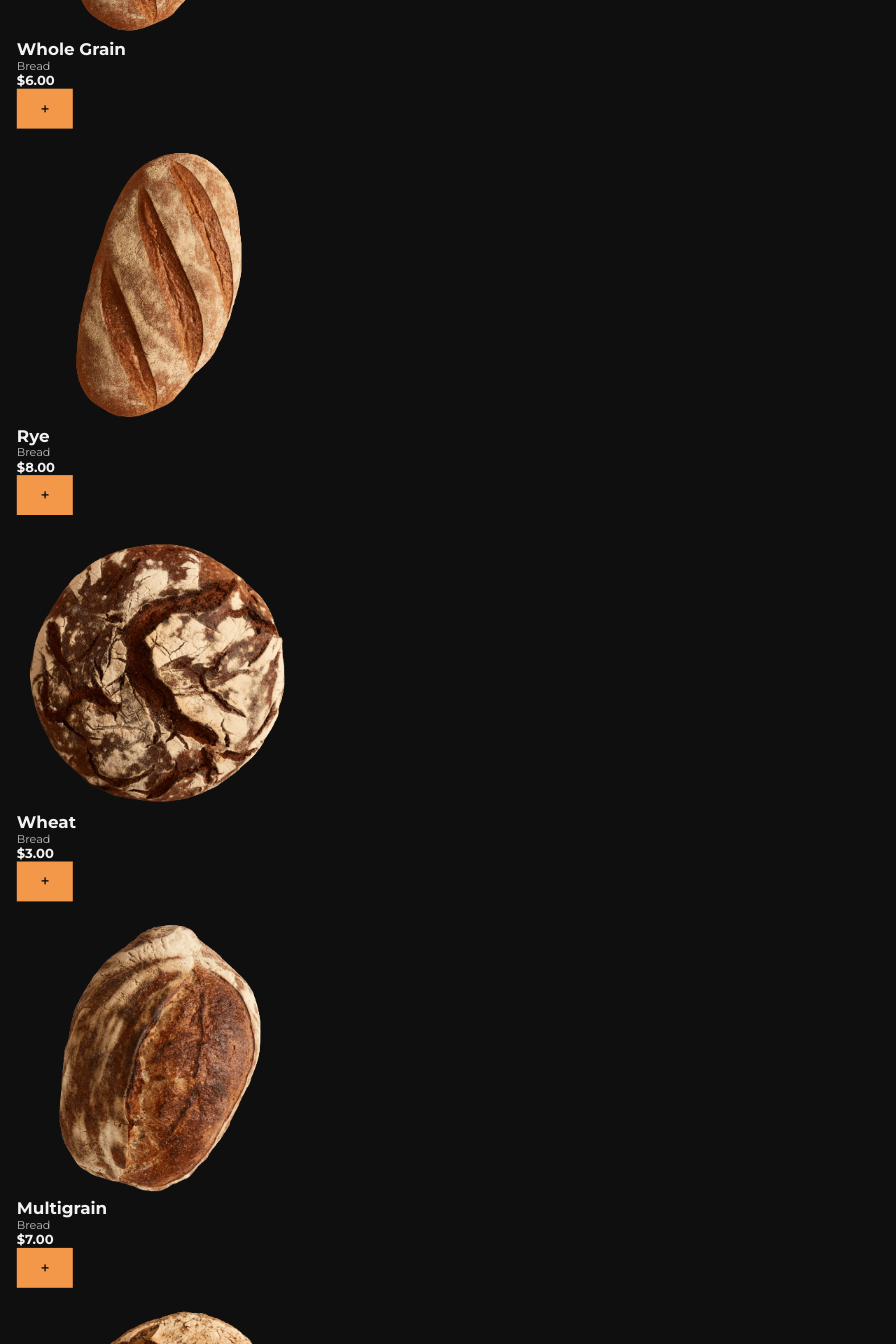
Repository: dinhhaidh/Bakery-web
Page: index.html
The author's editor kept a copy of each file at every save. The page is drawn from the files as they stood at one save, then again after a run of saves.
The browser window is 1280 px wide. The pictures show the part of the page from y = 3124 to 5044 px (the page is 6038 px tall), at 70% of full size.
Some web libraries are served in a nearby version.

Above is the page before, as saved 2024-01-16 10:54:51.

### index.html
<!DOCTYPE html>
<html lang="en">
  <head>
    <meta charset="UTF-8" />
    <meta name="viewport" content="width=device-width, initial-scale=1.0" />

    <!--=============== FAVICON ===============-->
    <link rel="shortcut icon" href="assets/img/favicon.png" type="image/x-icon"/>
    <!--=============== REMIXICONS ===============-->
    <link rel="stylesheet"  href="https://cdnjs.cloudflare.com/ajax/libs/remixicon/3.7.0/remixicon.css"/>
    <!--=============== CSS ===============-->
    <link rel="stylesheet" href="./css/style.css"/>

    <title>Responsive bakery website - Bedimcode</title>
  </head>
  <body>
    <!--==================== HEADER ====================-->
    <header class="header" id="header">
        <nav class="nav container">
            <a href="#" class="nav__logo">Bakery</a>
            <div class="nav__menu" id="nav-menu">
                <ul class="nav__list">
                    <li class="nav__item">
                        <a href="#home" class="nav__link">Home</a>
                    </li>
                    <li class="nav__item">
                        <a href="#new" class="nav__link">News</a>
                    </li>
                    <li class="nav__item">
                        <a href="#about" class="nav__link">About Us</a>
                    </li>
                    <li class="nav__item">
                        <a href="#favorite" class="nav__link">Favorites</a>
                    </li>
                    <li class="nav__item">
                        <a href="#visit" class="nav__link">Location</a>
                    </li>
                </ul>
                <div class="nav__close" id="nav-close">
                    <i class="ri-close-line"></i>
                </div>

                <img src="./img/bread-4.png" alt="image" class="nav__img-1">
                <img src="./img/bread-1.png" alt="image" class="nav__img-2">
            </div>

            <!-- toggle button -->
            <div class="nav__toggle" id="nav-toggle">
                <i class="ri-menu-line"></i>
            </div>
        </nav>
    </header>

    <!--==================== MAIN ====================-->
    <main class="main">
      <!--==================== HOME ====================-->
      <section class="home section" id="home">
        <img src="./img/home-bg.jpg" alt="image" class="home__bg">
        <div class="home__shadow"></div>
        <div class="home__container container grid">
            <div class="home__data">
                <h1 class="home__title">
                    Select The Best.<br> Quality Breads
                </h1>
                <a href="#" class="button">Select breads</a>

                <img src="./img/bread-1.png" alt="image" class="home__bread">
            </div>
            <div class="home__image">
                <img src="./img/home-bread.png" alt="image" class="home__img">
            </div>
            <footer class="home__footer">
                <div class="home__location">
                    <i class="ri-map-pin-line"></i>
                    <span>Av. The Sun #321 <br> Lima Peru</span>
                </div>
                <div class="home__social">
                    <a href="https://www.facebook.com/" target="_blank">

                        <i class="ri-facebook-circle-line"></i>
                    </a>
                    <a href="https://www.instagram.com/
                    " target="_blank">
                        <i class="ri-instagram-line"></i>
                    </a>
                    <a href="https://www.youtube.com/" target="_blank">
                        <i class="ri-youtube-line"></i>
                    </a>
                </div>
            </footer>
        </div>
      </section>

      <!--==================== NEWS ====================-->
      <section class="new section" id="new">
        <h2 class="section__title">New breads</h2>

        <div class="new__container container grid">
            <div class="new__content grid">
                <article class="new__card">
                    <div class="new__data">
                        <h2 class="new__title">Rye Bread</h2>
                        <p class="new__description">
                            Baked width healthy, gluten-free
                            sourdough for good nutrition.
                        </p>
                    </div>
                    <img src="./img/new-bread-1.png" alt="image" class="new__img">
                </article>
                <article class="new__card">
                    <div class="new__data">
                        <h2 class="new__title">Whole grain bread</h2>
                        <p class="new__description">
                            Crispy and homemade prepared
                            form organic yeast-free flour
                        </p>
                    </div>
                    <img src="./img/new-bread-2.png"  alt="image" class="new__img">
                </article>
                <article class="new__card">
                    <div class="new__data">
                        <h2 class="new__title">Multigrain Bread</h2>
                        <p class="new__description">
                            Tasty and made with different
                            natural grains form the countryside
                        </p>
                    </div>
                    <img src="./img/new-bread-3.png"  alt="image" class="new__img">
                </article>
            </div>
            <a href="#" class="new__button button">See More Breads</a>
        </div>
      </section>

      <!--==================== ABOUT ====================-->
      <section class="about section" id="about">
        <div class="about__container container grid">
            <div class="about__data">
                <div class="section__title">About Us</div>

                <p class="about__description">
                    Lorem ipsum, dolor sit amet consectetur adipisicing elit. Fugit quae quisquam quia animi commodi! Nesciunt aperiam deserunt ex sint, ratione alias quos beatae atque numquam natus libero eveniet explicabo molestias!
                </p>
                <a href="#" class="button">Know More</a>
                <img src="./img/bread-2.png" alt="image" class="about__bread">
            </div>
            <img src="./img/about-bread.png" alt="" class="about__img">
        </div>
      </section>

      <!--==================== FAVORITES ====================-->
      <section class="favorite section" id="favorite">
        <h2 class="section__title">Customer favorites</h2>
        <div class="favorite__container container grid">
            <article class="article__card">
                <img src="./img/favorite-bread-1.png" alt="image" class="favorite__img">
                <div class="favorite__data">
                    <h2 class="favorite__title">Whole Grain</h2>
                    <span class="favorite__subtitle">Bread</span>
                    <h3 class="favorite__price">$6.00</h3>
                </div>
                <button class="favorite__button button">
                    <i class="ri-add-line"></i>
                </button>
            </article>
            <article class="article__card">
                <img src="./img/favorite-bread-1.png" alt="image" class="favorite__img">
                <div class="favorite__data">
                    <h2 class="favorite__title">Rye</h2>
                    <span class="favorite__subtitle">Bread</span>
                    <h3 class="favorite__price">$8.00</h3>
                </div>
                <button class="favorite__button button">
                    <i class="ri-add-line"></i>
                </button>
            </article>
            <article class="article__card">
                <img src="./img/favorite-bread-2.png" alt="image" class="favorite__img">
                <div class="favorite__data">
                    <h2 class="favorite__title">Wheat</h2>
                    <span class="favorite__subtitle">Bread</span>
                    <h3 class="favorite__price">$3.00</h3>
                </div>
                <button class="favorite__button button">
                    <i class="ri-add-line"></i>
                </button>
            </article>
            <article class="article__card">
                <img src="./img/favorite-bread-3.png" alt="image" class="favorite__img">
                <div class="favorite__data">
                    <h2 class="favorite__title">Multigrain</h2>
                    <span class="favorite__subtitle">Bread</span>
                    <h3 class="favorite__price">$7.00</h3>
                </div>
                <button class="favorite__button button">
                    <i class="ri-add-line"></i>
                </button>
            </article>
            <article class="article__card">
                <img src="./img/favorite-bread-4.png" alt="image" class="favorite__img">
                <div class="favorite__data">
                    <h2 class="favorite__title"></h2>
                    <span class="favorite__subtitle"></span>
                    <h3 class="favorite__price"></h3>
                </div>
                <button class="favorite__button button">
                    <i class="ri-add-line"></i>
                </button>
            </article>
            <article class="article__card">
                <img src="./img/favorite-bread-5.png" alt="image" class="favorite__img">
                <div class="favorite__data">
                    <h2 class="favorite__title"></h2>
                    <span class="favorite__subtitle"></span>
                    <h3 class="favorite__price"></h3>
                </div>
                <button class="favorite__button button">
                    <i class="ri-add-line"></i>
                </button>
            </article>
        </div>
      </section>

      <!--==================== VISIT ====================-->
      <section class="visit section" id="visit"></section>
    </main>

    <!--==================== FOOTER ====================-->
    <footer class="footer"></footer>

    <!--========== SCROLL UP ==========-->

    <!--=============== SCROLLREVEAL ===============-->
    <script src="./js/scrollreveal.min.js"></script>
    <script src="https://code.jquery.com/jquery-3.7.1.min.js"></script>

    <!--=============== MAIN JS ===============-->
    <script src="./js/main.js"></script>
  </body>
</html>

### css/style.css
/*=============== GOOGLE FONTS ===============*/
@import url("https://fonts.googleapis.com/css2?family=Dancing+Script:wght@700&family=Montserrat:wght@400;600;700&display=swap");

/*=============== VARIABLES CSS ===============*/
:root {
    --header-height: 3.5rem;

    /*========== Colors ==========*/
    /*Color mode HSL(hue, saturation, lightness)*/
    --first-color: hsl(28, 88%, 62%);
    --first-color-alt: hsl(28, 84%, 58%);
    --title-color: hsl(0, 0%, 95%);
    --text-color: hsl(0, 0%, 75%);
    --text-color-light: hsl(0, 0%, 65%);
    --black-color: hsl(0, 0%, 6%);
    --body-color: hsl(0, 0%, 6%);
    --container-color: hsl(0, 0%, 10%);

    /*========== Font and typography ==========*/
    /*.5rem = 8px | 1rem = 16px ...*/
    --body-font: "Montserrat", sans-serif;
    --second-font: "Dancing Script", cursive;
    --biggest-font-size: 3rem;
    --bigger-font-size: 2rem;
    --h1-font-size: 1.5rem;
    --h2-font-size: 1.25rem;
    --h3-font-size: 1rem;
    --normal-font-size: .938rem;
    --small-font-size: .813rem;

    /*========== Font weight ==========*/
    --font-regular: 400;
    --font-semi-bold: 600;
    --font-bold: 700;

    /*========== z index ==========*/
    --z-tooltip: 10;
    --z-fixed: 100;
}

/*========== Responsive typography ==========*/
@media screen and (min-width: 1150px) {
    :root {
        --biggest-font-size: 5rem;
        --bigger-font-size: 3rem;
        --h1-font-size: 2.25rem;
        --h2-font-size: 1.5rem;
        --h3-font-size: 1.25rem;
        --normal-font-size: 1rem;
        --small-font-size: .875rem;
    }
}

/*=============== BASE ===============*/
* {
    box-sizing: border-box;
    padding: 0;
    margin: 0;
}

html {
    scroll-behavior: smooth;
}

body,
button {
    font-family: var(--body-font);
    font-size: var(--normal-font-size);
}

body {
    background-color: var(--body-color);
    color: var(--text-color);
}

button {
    border: none;
    outline: none;
}

h1,
h2,
h3,
h4 {
    color: var(--title-color);
    font-weight: var(--font-bold);
}

ul {
    list-style: none;
}

a {
    text-decoration: none;
}

img {
    display: block;
    max-width: 100%;
    height: auto;
}

/*=============== REUSABLE CSS CLASSES ===============*/
.container {
    max-width: 1120px;
    margin-inline: 1.5rem;
}

.grid {
    display: grid;
    gap: 1.5rem;
}

.section {
    padding-block: 5rem 1rem;
}

.section__title {
    font-size: var(--bigger-font-size);
    font-family: var(--second-font);
    margin-bottom: 1.5rem;
    text-align: center;
}

.main {
    overflow: hidden;
    /* For animation ScrollReveal */
}

/*=============== HEADER & NAV ===============*/
.header{
    position: fixed;
    width: 100%;
    top: 0;
    left: 0;
    background-color: transparent;
    z-index: var(--z-fixed);
}
.nav{
    position: relative;
    height: var(--header-height);
    display: flex;
    justify-content: space-between;
    align-items: center;
}
.nav__logo{
    color: var(--first-color);
    font-size: var(--h2-font-size);
    font-family: var(--second-font);
    transition: color .4s;
}
.nav__logo:hover{
    color: var(--first-color-alt);
}
.nav__close,
.nav__toggle{
    font-size: 1.5rem;
    color: var(--title-color);
    cursor: pointer;
}

/* Navigation for mobile devices */
/* responsive */
@media screen and (max-width: 1150px) {
    .nav__menu{
        position: fixed;
        top: 0;
        right: -100%;
        background-color: hsla(0,0%,6%, .2);
        backdrop-filter: blur(16px);
        -webkit-backdrop-filter: blur(16px);
        width: 80%;
        height: 100%;
        padding: 6rem 3rem 0;
        transition: right .4s;
    }
    .nav__list{
        display: flex;
        flex-direction: column;
        row-gap: 2.5rem;
    }
    .nav__link{
        color: var(--title-color);
        font-weight: var(--font-semi-bold);
        transition: color .4s;
    }
    .nav__link:hover{
        color: var(--first-color);
    }
    .nav__close,
    .nav__img-1,
    .nav__img-2{
        position: absolute;
    }
    .nav__close{
        top: 1rem;
        right: 1.5rem;
    }
    .nav__img-1{
        width: 80px;
        top: 11rem;
        right: 0.75rem;
    }
    .nav__img-2{
        width: 60px;
        top: 28rem;
        left: 6rem;
    }
}

/* Show menu */
.show-menu{
    right: 0;
}

/* Add blur header */
/* Thêm tiêu đề mờ, khi kéo xuống hiển thị thanh nngang fixed */
.blur-header::after{
    content: '';
    position: absolute;
    width: 100%;
    height: 100%;
    background-color: hsla(0, 0%, 6%, .2);
    backdrop-filter: blur(16px);
    -webkit-backdrop-filter: blur(16px);
    top: 0;
    left: 0;
    z-index: -1;
}

/* Active link */


/*=============== HOME ===============*/
.home{
    position: relative;
    padding-top: 6.5rem;
}
.home__container{
    row-gap: 2rem;
}
.home__bg,
.home__shadow{
    position: absolute;
    top: 0;
    left: 0;
    width: 100%;
    height: 100%;
    z-index: -1;
}
.home__bg{
    object-fit: cover;
    object-position: center;
}
.home__shadow{
    background: linear-gradient(180deg, hsla(0, 0%, 0%, 0) 0%, hsl(0, 0%, 6%) 100%);

}
.home__data{
    position: relative;
    text-align: center;
}
.home__title{
    font-size: var(--biggest-font-size);
    font-family: var(--second-font);
    margin-bottom: 1.5rem;
}
.home__bread{
    width: 50px;
    position: absolute;
    top: 15rem;
    left: 4rem;
}
.home__image{
    max-width: 400px;
    justify-self: center;
}
.home__img{
    rotate: 15deg;
}
.home__footer,
.home__location,
.home__social{
    display: flex;
}
.home__footer{
    justify-content: space-between;
    align-items: center;
}
.home__location{
    align-items: center;
    column-gap: .5rem;
}
.home__location i{
    font-size: 1.5rem;
    color: var(--first-color);
}
.home__location span{
    color: var(--title-color);
    font-size: var(--small-font-size);
}
.home__social{
    column-gap: 1rem;
}
.home__social a{
    color: var(--title-color);
    font-size: 1.5rem;
    transition: color 4s;
}
.home__social a:hover{
    color: var(--first-color);
}

/*=============== BUTTON ===============*/
.button{
    display: inline-flex;
    background-color: var(--first-color);
    color: var(--black-color);
    font-weight: var(--font-semi-bold);
    padding: 1.25rem 2rem;
    transition: background-color .4s;
}
.button:hover{
    background-color: var(--first-color-alt);
}

/*=============== NEW ===============*/
.new{

}
.new__container{
    padding-top: 1.5rem;
    row-gap: 3.5rem;
}
.new__content{
    row-gap: 2rem
}
.new__card{
    display: flex;
    column-gap: 1rem;
    align-items: center;
}
.new__card:nth-child(2) img{
    order: -1;
}
.new__img{
    width: 150px;
}
.new__data{

}
.new__title{
    font-size: var(--h2-font-size);
    font-family: var(--second-font);
    color: var(--first-color);
    margin-bottom: .5rem;
}
.new__description{
    font-size: var(--small-font-size);
}
.new__button{
    justify-self: center;
}

/*=============== ABOUT ===============*/
.about__container{
    row-gap: 4rem;
}
.about__data{
    position: relative;
    text-align: center;
}
.about__description{
    margin-bottom: 3rem;
}
.about__bread{
    width: 60px;
    position: absolute;
    bottom: 1rem;
    right: 0;
}
.about__img{
    width: 320px;
    justify-self: center;
}

/*=============== FAVORITES ===============*/


/*=============== VISIT ===============*/


/*=============== FOOTER ===============*/


/*=============== SCROLL BAR ===============*/


/*=============== SCROLL UP ===============*/


/* Show Scroll Up */


/*=============== BREAKPOINTS ===============*/
/* For small devices */


/* For medium devices */


/* For large devices */

Loaded but not shown: js/scrollreveal.min.js (library); js/main.js (no copy from this time; the picture is the same without it)

After the next 3 saves:
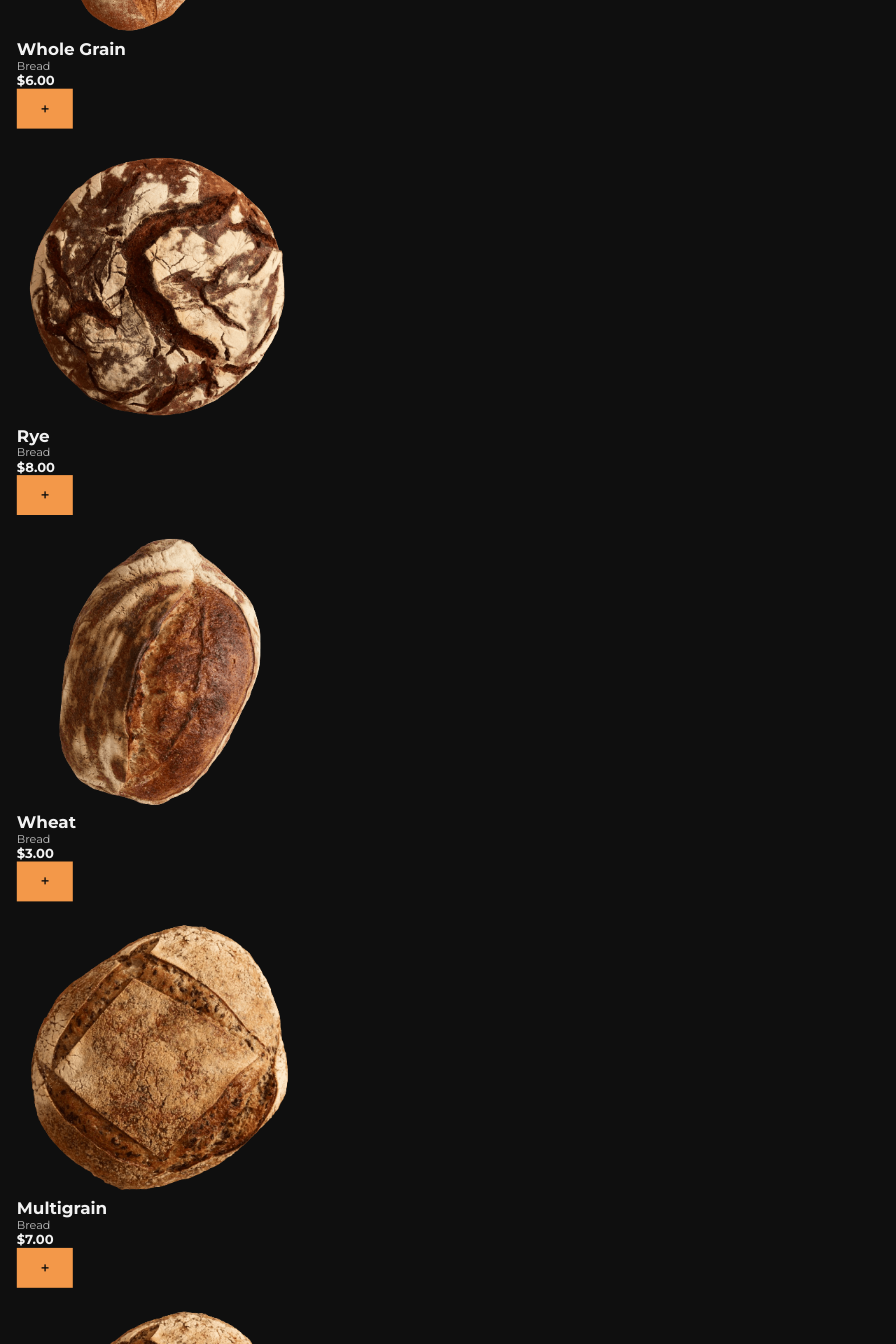
The 3 saves are shown as one change because they came seconds apart.
The last was saved 29 s later.
--- a/index.html
+++ b/index.html
@@ -164,7 +164,7 @@
                 </button>
             </article>
             <article class="article__card">
-                <img src="./img/favorite-bread-1.png" alt="image" class="favorite__img">
+                <img src="./img/favorite-bread-2.png" alt="image" class="favorite__img">
                 <div class="favorite__data">
                     <h2 class="favorite__title">Rye</h2>
                     <span class="favorite__subtitle">Bread</span>
@@ -175,7 +175,7 @@
                 </button>
             </article>
             <article class="article__card">
-                <img src="./img/favorite-bread-2.png" alt="image" class="favorite__img">
+                <img src="./img/favorite-bread-3.png" alt="image" class="favorite__img">
                 <div class="favorite__data">
                     <h2 class="favorite__title">Wheat</h2>
                     <span class="favorite__subtitle">Bread</span>
@@ -186,7 +186,7 @@
                 </button>
             </article>
             <article class="article__card">
-                <img src="./img/favorite-bread-3.png" alt="image" class="favorite__img">
+                <img src="./img/favorite-bread-4.png" alt="image" class="favorite__img">
                 <div class="favorite__data">
                     <h2 class="favorite__title">Multigrain</h2>
                     <span class="favorite__subtitle">Bread</span>
